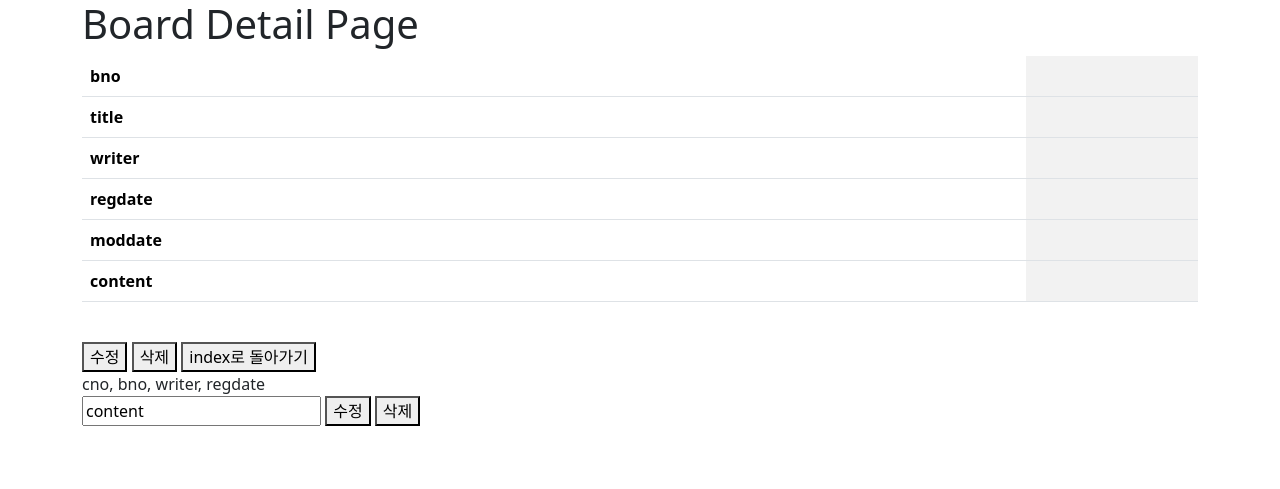
Repository: gajami-kim/240430_JSPJSTL_Study
Page: http://localhost/jsp_study2/board/detail.jsp
The author's editor kept a copy of each file at every save. The page is drawn from the files as they stood at one save, then again after the next save.
The browser window is 1280 px wide. The pictures show the whole page.
The page is served by Tomcat 9. Other server files are loaded and not shown. The template is opened directly, without the code that normally fills it, so the values that code supplies are empty.

Above is the page before, as saved 2024-04-19 08:01:47.
Console error: TypeError: Cannot read properties of null (reading 'addEventListener')

### _jsp_workspace2/jsp_study2/src/main/webapp/board/detail.jsp
<%@ page language="java" contentType="text/html; charset=UTF-8"
    pageEncoding="UTF-8"%>
    <%@ taglib uri="http://java.sun.com/jsp/jstl/core" prefix="c"%>
<!DOCTYPE html>
<html>
<head>
<meta charset="UTF-8">
<title>Insert title here</title>
<link href="https://cdn.jsdelivr.net/npm/bootstrap@5.3.3/dist/css/bootstrap.min.css" rel="stylesheet" integrity="sha384-QWTKZyjpPEjISv5WaRU9OFeRpok6YctnYmDr5pNlyT2bRjXh0JMhjY6hW+ALEwIH" crossorigin="anonymous">
<script src="https://cdn.jsdelivr.net/npm/bootstrap@5.3.3/dist/js/bootstrap.bundle.min.js" integrity="sha384-YvpcrYf0tY3lHB60NNkmXc5s9fDVZLESaAA55NDzOxhy9GkcIdslK1eN7N6jIeHz" crossorigin="anonymous"></script>
</head>
<body>
<div class="container-sm">
	<h1>Board Detail Page</h1>
	<table class="table table-striped-columns">
		<tr>
			<th>bno</th>
			<td>${bvo.bno }</td>
		</tr>
		<tr>
			<th>title</th>
			<td>${bvo.title }</td>
		</tr>
		<tr>
			<th>writer</th>
			<td>${bvo.writer }</td>
		</tr>
		<tr>
			<th>regdate</th>
			<td>${bvo.regdate }</td>
		</tr>
		<tr>
			<th>moddate</th>
			<td>${bvo.moddate }</td>
		</tr>
		<tr>
			<th>content</th>
			<td>${bvo.content }</td>
		</tr>
	</table>
	<br>
	<c:if test="${ses.id eq  bvo.writer}">
		<a href="/brd/modify?bno=${bvo.bno }"><button>수정</button></a>
		<a href="/brd/delete?bno=${bvo.bno }"><button>삭제</button></a>
	</c:if>
	<a href="../index.jsp"> <button>index로 돌아가기</button> </a> <br>

	<!-- commentLine -->
	<div id="commentLine">
		<div>
			<div>cno, bno, writer, regdate</div>
			<div>
				<input type="text" value="content">
				<button>수정</button> <button>삭제</button>
			</div>
		</div>
	</div>

	<script type="text/javascript">
		const bnoVal = `<c:out value="${bvo.bno}"/>`;
		console.log(bnoVal);
	</script>
	<script type="text/javascript" src="/resources/board_detail2.js"></script>
</div>
</body>
</html>

### _jsp_workspace2/jsp_study2/src/main/webapp/resources/board_detail2.js
console.log(bnoVal);

document.getElementById('cmtAddBtn').addEventListener('click',()=>{
    let cmtText = document.getElementById('cmtText').value;
    const cmtWriter = document.getElementById('cmtWriter').value;
    if(cmtText==null||cmtText=='') {
        alert("댓글을 입력해주세요");
        return false;
    } else {
        let cmtData = {
            bno : bnoVal,
            writer : cmtWriter,
            content : cmtText
        };

        postCommentToServer(cmtData).then(result=>{
            // console.log(result);
            if(result==='1') {
                alert("댓글등록 성공");
                document.getElementById('cmtText').value='';
            }
            // printCommentList(bnoVal);
        })
    }
});

async function postCommentToServer(cmtData) {
    try {
        const url = "/cmt/post";
        const config = {
            method:'post',
            headers:{
                'content-type' : 'application/json; charset=utf-8'
            },
            body:JSON.stringify(cmtData)
        };

        const resp = await fetch(url, config);
        const result = await resp.text();
        return result;
    } catch (error) {
        console.log(error);
    }
}

function spreadCommentList(result) {
    console.log(result);
    let div = document.getElementById('commentLine');
    div.innerHTML='';
    for(let i=0; i<result.length; i++){
        let html = `<div>`;
        html+=`<div>comment Line></div>`;
        html+=`<div>${result[i].cno} / ${result[i].writer} / ${result[i].regdate}</div>`;
        html+=`<div>`;
        html+=`<input type="text" value="content" placeholder="Add Comment..">`;
        html+=`<button type="button" class="cmtModBtn">수정</button>`;
        html+=`<button type="button" class="cmtDelBtn">삭제</button>`;
        html+=`</div></div><hr>`;
        div.innerHTML = html;
    }
}

async function getCommentListFromServer(bno){
    try {
        const resp = await fetch("/cmt/list?bno="+bno);
        const result = await resp.json(); //'[{댓1},{댓2},{댓3}]'
        return result;
    } catch (error) {
        console.log(error);
    }
}

function printCommentList(bno){
    getCommentListFromServer(bno).then(result=>{
        console.log(result);
        if(result.length>0) {
            spreadCommentList(result);
        } else {
            let div = document.getElementById('commentLine');
            div.innerHTML = `<div>comment가 없습니다.</div>`;
        }
    })
}

After the next save:
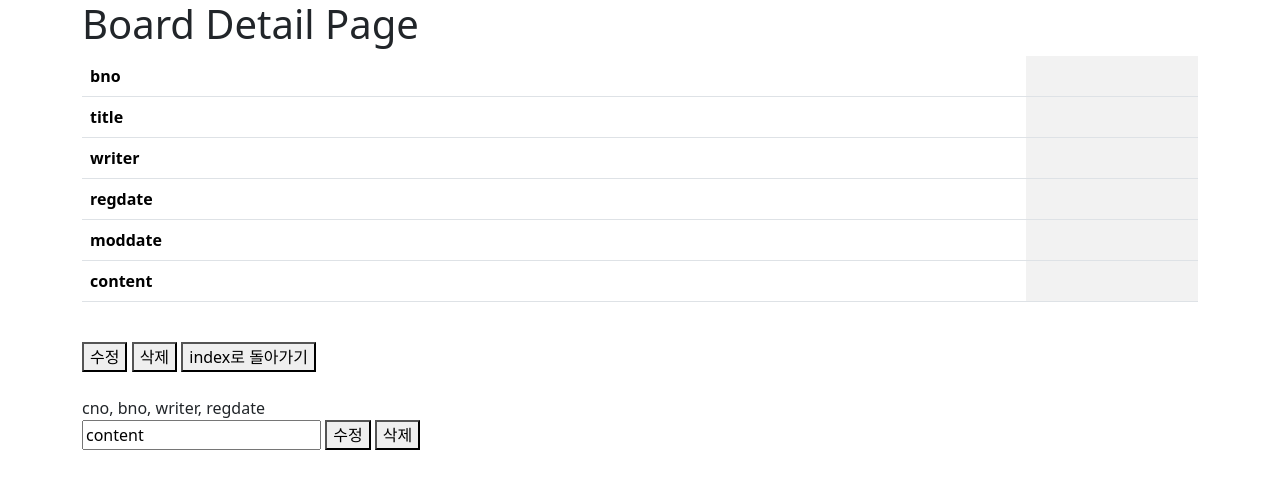
Saved 11 s later.
--- a/_jsp_workspace2/jsp_study2/src/main/webapp/board/detail.jsp
+++ b/_jsp_workspace2/jsp_study2/src/main/webapp/board/detail.jsp
@@ -43,7 +43,7 @@
 		<a href="/brd/modify?bno=${bvo.bno }"><button>수정</button></a>
 		<a href="/brd/delete?bno=${bvo.bno }"><button>삭제</button></a>
 	</c:if>
-	<a href="../index.jsp"> <button>index로 돌아가기</button> </a> <br>
+	<a href="../index.jsp"> <button>index로 돌아가기</button> </a> <br> <br>
 
 	<!-- commentLine -->
 	<div id="commentLine">
